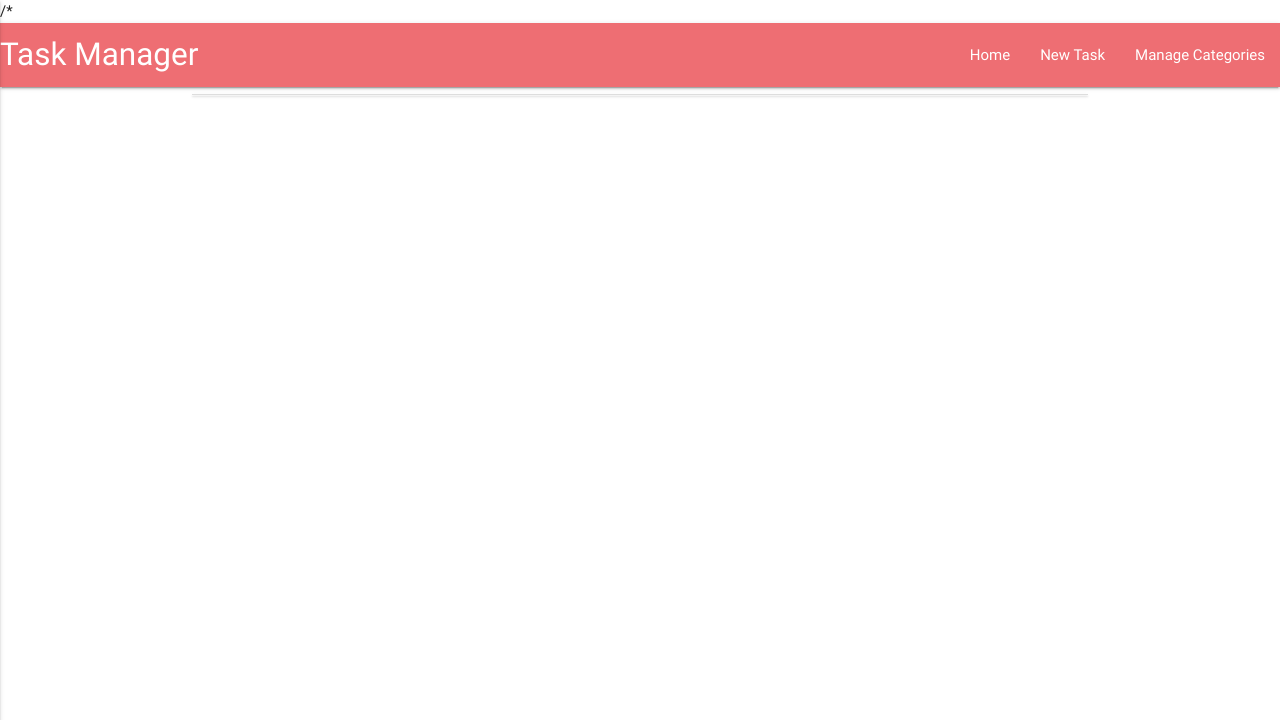
Repository: grantymartin/task_manager
Page: http://localhost/
The author's editor kept a record of every edit. The page is drawn from the files as they stood at one moment, then again after the next edit.
The browser window is 1280 px wide. The pictures show the whole page.
Some web libraries are served in a nearby version. The page is served by the project's application, run on Flask 3 (app.py). Queries for data that is not in the repository find no rows.

Above is the page before.
Console error: TypeError: Cannot read properties of null (reading 'addEventListener')

After the next edit:
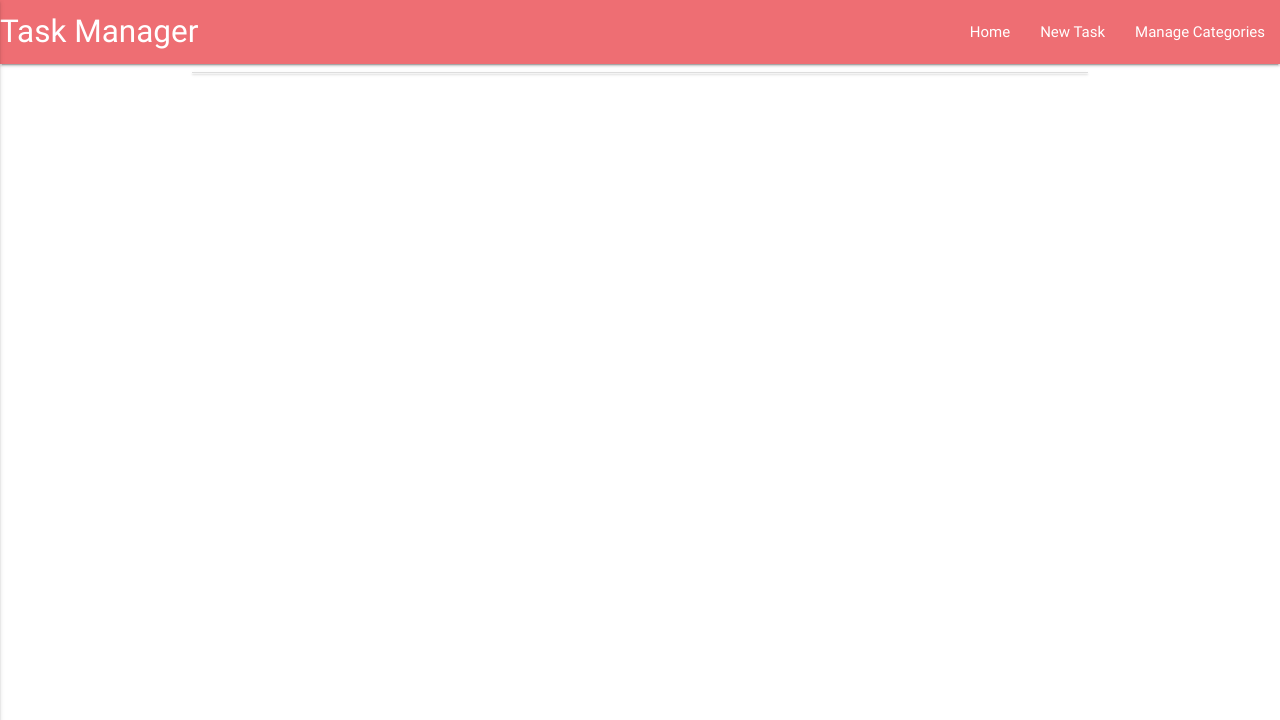
The edit:
--- a/templates/tasks.html
+++ b/templates/tasks.html
@@ -1,9 +1,15 @@
-/*{% extends 'base.html' %}
+{% extends 'base.html' %}
 {% block content %}
     <ul class="collapsible" data-collapsible="accordion">
         {% for task in tasks %}
         <li>
             <div class="collapsible-header">
+                <div>
+
+                </div>
+                <div>
+
+                </div>
 
                 <div class=" task_header col s9">
                     <i class="material-icons">expand_more</i> {{task.task_name}} - {{task.due_date}}
